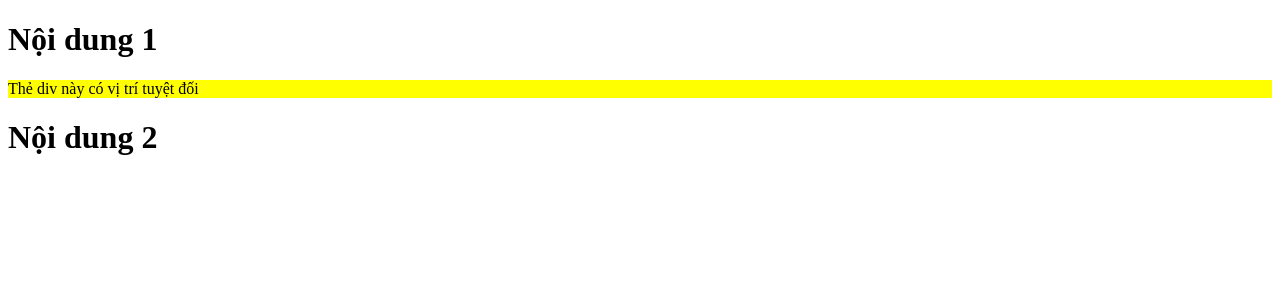
Repository: Pr-DuyTam/HTML-CSS-JS-PHP
Page: CSS/Các thuộc tính định dạng hiển thị, trình bày/Position/Position-absolute (51).htm
These files come from the project's save history. The page is drawn as it stood at one moment and after the next save; the edit follows.
The browser window is 1280 px wide. The pictures show the whole page.

Above is the page before, as saved 2023-08-03 08:01:45.

### CSS/Các thuộc tính định dạng hiển thị, trình bày/Position/Position-absolute (51).htm
<!DOCTYPE html>
<html lang="en">
<head>
    <meta charset="UTF-8">
    <meta name="viewport" content="width=device-width, initial-scale=1.0">
    <title>Absolute</title>

    <style>
       .relative{
        background-color: yellow;
        }
    </style>
</head>
<body>
    <h1>Nội dung 1</h1>
    <div class="relative">
        <div class="absolute">
            Thẻ div này có vị trí tuyệt đối
        </div>
    </div>
    <h1>Nội dung 2</h1>
</body>
</html>

After the next save:
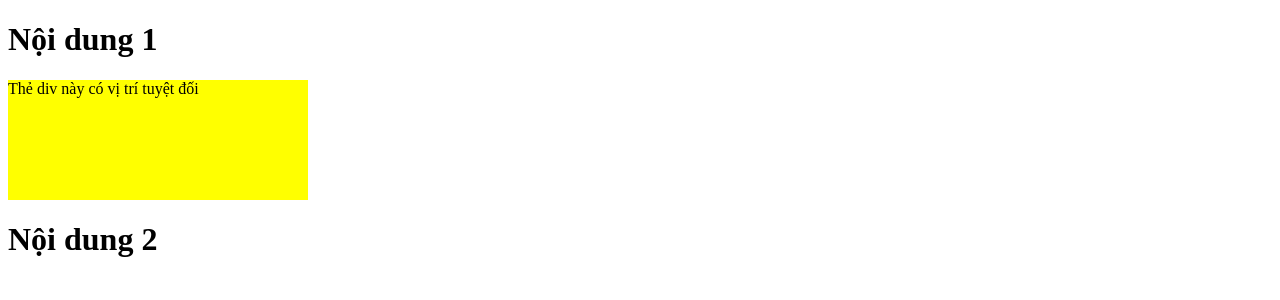
Saved 19 s later.
--- a/CSS/Các thuộc tính định dạng hiển thị, trình bày/Position/Position-absolute (51).htm
+++ b/CSS/Các thuộc tính định dạng hiển thị, trình bày/Position/Position-absolute (51).htm
@@ -8,6 +8,8 @@
     <style>
        .relative{
         background-color: yellow;
+        height: 120px;
+        width: 300px;
         }
     </style>
 </head>
